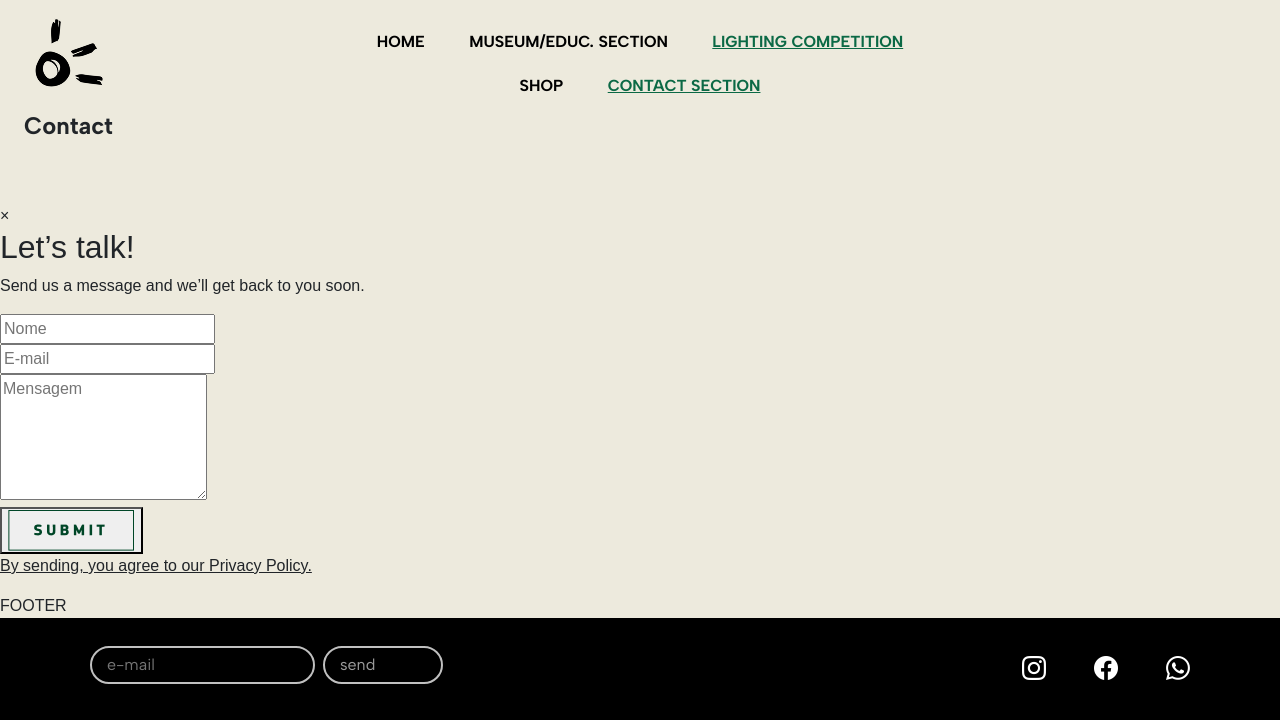
Repository: veronicamdiaz/Landing-Page-Practices
Page: contact-section.html
The author's editor kept a copy of each file at every save. The page is drawn from the files as they stood at one save, then again after the next save.
The browser window is 1280 px wide. The pictures show the whole page.

Above is the page before, as saved 2025-06-02 16:58:48.
Console error: TypeError: Cannot read properties of null (reading 'addEventListener')

### contact-section.html
<!DOCTYPE html>
<html lang="pt-BR">
<head>
    <meta http-equiv="X-UA-Compatible" content="IE=edge">
    <meta name="viewport" content="width=device-width, initial-scale=1.0">
    <title>Landing Page</title>
    <link rel="stylesheet" href="https://cdn.jsdelivr.net/npm/bootstrap@5.3.3/dist/css/bootstrap.min.css">
    <link rel="preconnect" href="https://fonts.googleapis.com">
    <link rel="preconnect" href="https://fonts.gstatic.com" crossorigin>
    <link href="https://fonts.googleapis.com/css2?family=Pacifico&family=Roboto:wght@400;700&display=swap" rel="stylesheet">
    <link rel="stylesheet" href="https://cdn.jsdelivr.net/npm/bootstrap-icons@1.11.3/font/bootstrap-icons.min.css">
    <link href="https://fonts.googleapis.com/css2?family=Albert+Sans:ital,wght@0,100..900;1,100..900&family=Pacifico&family=Roboto+Slab:wght@100..900&family=Roboto:ital,wght@0,100;0,300;0,400;0,500;0,700;0,900;1,100;1,300;1,400;1,500;1,700;1,900&display=swap" rel="stylesheet">
    <link rel="stylesheet" href="main.css">
</head>

<body>
<header id="home-page">
    <div class="site-logo">
        <a href="index.html">
            <img src="images/logo-site.png" alt="Lightning Design Lab Logo" class="logo-img">
        </a>
    </div>

    <div class="menu" data-bs-target="#cabecalho" da
    ta-bs-smooth-scroll="true">
        <nav id="cabecalho" class="mb-2 px-4">
            <a href="index.html" class="nav-link" data-bs-toggle="tab" data-bs-target="#home-page">HOME</a>
            <a href="museum-educational-section.html" class="nav-link" data-bs-toggle="tab" data-bs-target="#museum-educational-section">MUSEUM/EDUC. SECTION</a>
            <a href="competition-section.html" class="nav-link-active" data-bs-toggle="tab" data-bs-target="#competition-section">LIGHTING COMPETITION</a>
            <a href="shop-section.html" class="nav-link" data-bs-toggle="tab" data-bs-target="#shop-section">SHOP</a>
            <a href="contact-section.html" class="nav-link" data-bs-toggle="tab" data-bs-target="#contact-section">CONTACT SECTION</a>
        </nav>
    </div>
</header>

    <main>
        <section id="interaction-section" class="mt-5">
            <h2 class="section-title p-4">Contact</h2>
        </section>
    </main>

<div id="contactSectionModal" class="contact-modal">
  <div class="contact-modal-items">
    <span class="contact-close-button" id="closeContactButton">&times;</span>
    <h2>Let’s talk!</h2>
    <p>Send us a message and we’ll get back to you soon.</p>

    <!-- Campo Nome -->
    <div class="contact-input-container">
      <input type="text" placeholder="Nome" class="contact-input" required />
    </div>

    <!-- Campo E-mail -->
    <div class="contact-input-container">
      <input type="email" placeholder="E-mail" class="contact-input" required />
    </div>

    <!-- Campo Mensagem -->
    <div class="contact-input-container">
      <textarea placeholder="Mensagem" class="contact-input" rows="5" required></textarea>
    </div>

    <!-- Botão Enviar -->
    <div class="contact-button-container">
      <button class="contact-submit-button" id="submitContactButton">
        <img src="images/submit_button.png" alt="submit-btn" />
      </button>
    </div>

    <div class="contact-cookie-policy">
      <p><u>By sending, you agree to our Privacy Policy.</u></p>
    </div>
  </div>
</div>


   FOOTER
    <footer class="bg-black py-2">
        <div class="container d-flex justify-content-between align-items-center flex-column flex-md-row">
            <div class="d-flex gap-2 align-items-center mb-2">
                <input type="email" class="btn btn-secondary" placeholder="e-mail" required
                    style="border: 2px solid rgb(192, 192, 192); border-radius: 20px; background-color: black; padding: 5px 15px; min-width: 120px; text-align: left; color: rgb(155, 155, 155);">
                <button type="submit" class="btn btn-secondary"
                    style="border: 2px solid rgb(192, 192, 192); border-radius: 20px; background-color: black; padding: 5px 15px; min-width: 120px; text-align: left; color: rgb(155, 155, 155);">
                    send
                </button>
            </div>
            <div class="d-flex gap-5 align-items-center">
                <a href="https://www.instagram.com" target="_blank" class="text-white">
                    <i class="bi bi-instagram" style="font-size: 1.5rem;"></i>
                </a>
                <a href="https://www.facebook.com" target="_blank" class="text-white">
                    <i class="bi bi-facebook" style="font-size: 1.5rem;"></i>
                </a>
                <a href="https://wa.me/" target="_blank" class="text-white">
                    <i class="bi bi-whatsapp" style="font-size: 1.5rem;"></i>
                </a>
            </div>
        </div>
    </footer>


    <script src="script.js"></script>

    <script>
        document.addEventListener("DOMContentLoaded", function () {
            const navLinks = document.querySelectorAll(".nav-link");

            // Ativa o link clicado e armazena no localStorage
            navLinks.forEach(link => {
                link.addEventListener("click", function (e) {
                    // Armazena qual link foi clicado no localStorage
                    localStorage.setItem('activeLink', e.target.getAttribute('href'));
                    // Adiciona a classe de ativo
                    navLinks.forEach(l => l.classList.remove("nav-link-active"));
                    e.target.classList.add("nav-link-active");
                });
            });

            // Verifica se há um link ativo armazenado no localStorage
            const activeLink = localStorage.getItem('activeLink');
            if (activeLink) {
                // Remove a classe 'nav-link-active' de todos os links
                navLinks.forEach(link => link.classList.remove("nav-link-active"));
                // Adiciona a classe 'nav-link-active' ao link armazenado
                document.querySelector(`a[href="${activeLink}"]`)?.classList.add("nav-link-active");
            }
        });
    </script>
</body>
</html>

### main.css
html, body {
    height: 100%;
    margin: 0;
    display: flex;
    flex-direction: column;
}

body {
    background-color: #EDEADD;
    font-family: sans-serif;
    flex: 1;
}

main {
    z-index: 5;
    flex: 1; /* ocupa todo o espaço entre o header e o footer */
    display: flex;
    flex-direction: column;
    background-color: transparent;
}

header {
    height: auto;
    position: relative;
    display: flex;
    flex-direction: column;
    align-items: center;
    padding-bottom: 40px; /* ou ajuste conforme necessário */

}

.site-logo {
    z-index: 100; /* Aumente se necessário */
    position: fixed;
    top: 10px;
    left: 20px;
}

.interaction-section {
    z-index: 5;
}

.logo-img {
    height: auto;
    display: block;
}

.container {
    padding: 20px;
}

/* #webgl-container {
    display: flex;
    justify-content: center;
    align-items: center;
    width: 100%;
    height: 100%;
    overflow: hidden;
    background-color: #f5f5f5;
} */

#home-page {
    width: 100%;
    justify-content: center;
    align-items: center;
}



/* .square {
    width: 200px;
    height: 200px;
    background-color: rgb(255, 255, 255);
    position: relative;
} */

.square::before,
.square::after {
    content: "";
    position: absolute;
    width: 100%;
    height: 1px;
}

/* .square::before {
    top: 50%;
    transform: translateY(-50%);
    transform-origin: left;
    transform: rotate(45deg);
}

.square::after {
    left: 50%;
    transform: translateX(-50%);
    transform-origin: top;
    transform: rotate(-45deg);
}
*/
nav {
    font-family: 'Albert Sans';
    font-weight: bold;
    left: 50%;
    top: 10px; /* Mantém um pequeno espaçamento do topo */
    transform: translateX(-50%);
    gap: 20px;
    display: inline-block;
    font-size: 16px;
    align-items: center;
    justify-content: center;
    z-index: 10;
    padding: 10px 20px;
    height: auto;
}


nav a {
    text-decoration: none;
    font-weight: bold;
    background-color: none;
    height: auto !important;
}

.nav-link {
    color: black; /* Cor padrão */
    transition: color 0.3s ease;
}

.nav-link-active {
    color: #0b6945 !important; /* Cor do botão ativo */
    font-weight: bold;
    text-decoration: underline;
}


#cabecalho {
    position: fixed;
    text-align: center; /* Centraliza os links */
    height: auto;
    gap: 20px;
    z-index: 10px;
}

#cabecalho a {
    display: inline-block;
    padding: 10px 20px; /* Para não ficarem colados */
    height: auto;
}

.card {
    display: flex;
    align-items: center;
    padding: 40px;
    width: 100%;
    height: 100%;
    max-width: 1200px;
    margin: 0 auto;
    border-radius: 12px;
    border: 1px solid black;
}

.row {
    flex-wrap: wrap; /* Para quebrar corretamente em telas pequenas */
    justify-content: space-between; /* Garante espaçamento uniforme */
}

.card img {
    background-color: none;
    width: 100%;
    height: 100%;
    object-fit: cover;
}

.card h3 {
    font-size: 14px;
    font-family: 'Albert Sans';
    color: #666;
    font-weight: bold;
}
.card p {
    margin-top: 10px;
    font-size: 12px;
    color: #666;
    font-family: 'Albert Sans';
}

.card.reverse {
    flex-direction: column-reverse;
}

.section-title {
    font-family: 'Albert Sans';
    font-weight: bold;
    font-size: 1.5em;
}

#nova-secao {
    font-family: 'Albert Sans';
}

.text-white {
    font-family: 'Albert Sans';
    font-size: .3em;
    font-weight: bold;
    color: white;
}


.btn-seemore {
    text-transform: uppercase;
    text-decoration: underline;
    background: none;
    border: none;
    color: white;
    font-size: 1rem;
    cursor: pointer;
}

.card-label {
    font-family: 'Albert Sans', sans-serif;
    font-size: 0.9rem;
    color: #999;
    letter-spacing: 1px;
    margin-bottom: 2px; /* Diminuir aqui! */
}


.custom-card img {
    width: 40%;
    max-width: 300px;
    object-fit: cover;
}

.custom-card .card-content {
    width: 60%;
    padding: 20px;
}

.custom-card h3 {
    font-weight: bold;
    margin-bottom: 8px;
    font-size: 18px;
}

.custom-card.left {
    flex-direction: row;
    border: 1px solid black;
    background-color: transparent;
}

.custom-card.right {
    flex-direction: row-reverse;
    border: 1px solid black;
    background-color: transparent;
}

.custom-card p {
    font-size: 14px;
    line-height: 1.6;
}

.card-label {
    font-size: 14px;
    line-height: 1.6;
    font-family: 'Albert Sans';
}


footer {
    padding: 2px 0; /* Reduzindo a altura do footer */
    font-size: 0.8rem; /* Diminuindo tamanho do texto */
    font-family: 'Albert Sans', sans-serif;
}

.icon {
    max-width: 30px; /* Ajuste o tamanho máximo conforme necessário */
    max-height: 30px; /* Ajuste o tamanho máximo conforme necessário */
    width: auto; /* Mantém a proporção */
    height: auto; /* Mantém a proporção */
    object-fit: contain; /* Garante que a imagem se ajuste ao espaço sem distorção */
    margin-bottom: 10px;
}


#competition-section .container {
    width: 100vw;
    overflow: hidden;
}

#img-interativa {
    width: 100%;
    object-fit: cover;
    display: block;
}

.title-container .section-title {
    flex: 1;
    margin: 0;
}

/* “spacer” vazio só para manter o flex funcionando igual */
.title-container .spacer {
  width: 60px; /* ou o tamanho que você precisar para “fechar” o espaço */
}


@media (max-width: 768px) {
    .site-logo {
        top: 5px;
        left: 10px;
        position: fixed;
    }

    .logo-img {
        width: 40px;
    }

    nav {
        position: fixed;
        font-family: 'Albert Sans';
        font-weight: bold;
        gap: 20px;
        font-size: 10px;
        justify-content: center;
        text-align: right;
        display: flex;
        z-index: 1;
        padding: 4px 12px;
    }

    .home-image {
        width: 100%;
        height: auto;
        content: (url(images/fundositemenor_prancheta.png));
        }

    #home-page {
        justify-content: center;
        align-items: center;
    }

    .img-responsiva {
        height: auto;
    }

    .nav-links {
        flex-direction: column;
        gap: 15px;
        text-align: center;
    }

    .navbar-toggler {
        display: block; /* Mostra o botão hambúrguer */
        background: none;
        border: none;
        cursor: pointer;
    }

    .navbar-toggler i {
        color: black;
    }


    .card {
        text-align: center;
        flex-direction: column;
    }

    .card img {
        width: 70%;
    }

    .card .card-content {
        width: 70%;
    }

    .custom-card {
        flex-direction: column !important;
        text-align: center;
    }

    .custom-card img {
        width: 70%;
    }

    .custom-card .card-content {
        width: 70%;
    }


    footer .container {
        flex-direction: column;
        text-align: center;
    }

    footer form {
        flex-direction: column;
        width: 70%;
        align-items: center;
    }

    footer form input,
    footer form button {
        width: 90%; /* Mantém a aparência proporcional */
    }

    footer .d-flex.gap-5 {
        gap: 20px; /* Ajusta o espaçamento dos ícones */
        justify-content: center;
        margin-top: 10px;
    }
}

### script.js
document.addEventListener('DOMContentLoaded', function () {
  // Código para a troca de imagem
  const imagem = document.getElementById('img-interativa');
  let estado = 'inicial';

  console.log('Imagem carregada:', imagem);

  imagem.addEventListener('click', function () {
    console.log('Imagem clicada. Estado atual:', estado);

    if (estado === 'inicial') {
      imagem.src = './images/lights drawings2-05-05-05.jpg';
      estado = 'alterada';
    } else {
      imagem.src = './images/lights drawings2-09-09-09.jpg';
      estado = 'inicial';
    }

    console.log('Novo estado:', estado);
  });
});

function updateImage() {
  let homeImage = document.querySelector('.home-image');
  if (window.innerWidth <= 768) {
      homeImage.src = "images/fundositemenor_prancheta.png"; // Imagem menor
  } else {
      homeImage.src = "images/fundosite.png"; // Imagem padrão
  }
}

document.addEventListener("DOMContentLoaded", function () {
  const navLinks = document.querySelectorAll(".nav-link");
  const currentURL = window.location.pathname.split("/").pop(); // Pega só o nome do arquivo, ex: 'shop-section.html'

  navLinks.forEach(link => {
    const linkHref = link.getAttribute("href");

    // Verifica se o link aponta para a mesma página
    if (
      linkHref === currentURL ||                     // Exato match
      (linkHref === "index.html" && currentURL === "") || // Caso especial para index
      (linkHref !== "#" && currentURL.includes(linkHref)) // Links internos com hash (#)
    ) {
      link.classList.add("nav-link-active");
    } else {
      link.classList.remove("nav-link-active");
    }
  });
});


// Verifica quando a página carrega
window.onload = updateImage;

// Verifica quando a tela redimensiona
window.onresize = updateImage;

// <-- Fechando corretamente a função de 'DOMContentLoaded'


  /*
  // Inicialização do modelo 3D
  let mouseX = 0, mouseY = 0;
  const container = document.getElementById('webgl-container');
  const renderer = new THREE.WebGLRenderer({ antialias: true });
  renderer.setSize(window.innerWidth, window.innerHeight);
  container.appendChild(renderer.domElement);  // Adiciona o renderizador dentro de #webgl-container

  const scene = new THREE.Scene();

  // Criar um cubo maior
  const geometry = new THREE.BoxGeometry(2, 2, 2); // Aumentei o tamanho do cubo (2x2x2)
  const material = new THREE.MeshStandardMaterial({ color: 0x00ff00, roughness: 0.5, metalness: 0.7 });
  const cube = new THREE.Mesh(geometry, material);
  scene.add(cube);
  scene.background = new THREE.Color(0xF5F5F5);  // Cor de fundo #F5F5F5

   // Definir a posição do cubo para ficar mais para cima
   cube.position.y = 1; // Aqui é onde ajustamos a posição vertical do cubo

   // Melhorar a qualidade aumentando a resolução
  renderer.setPixelRatio(window.devicePixelRatio); // Usa a resolução nativa do dispositivo

  // Câmera
  const camera = new THREE.PerspectiveCamera(75, window.innerWidth / window.innerHeight, 0.1, 1000);
  camera.position.z = 5;  // Posicionando a câmera para visualizar o cubo maior

  // Adicionar luz ambiente
  const light = new THREE.AmbientLight(0x404040); // luz suave
  scene.add(light);

  // Adicionar luz direcional
  const directionalLight = new THREE.DirectionalLight(0xffffff, 1);
  directionalLight.position.set(5, 5, 5).normalize();
  scene.add(directionalLight);

  // Função de animação
  function animate() {
    requestAnimationFrame(animate);

    // A rotação do cubo será controlada pela posição do mouse
    cube.rotation.x = mouseY * Math.PI; // Multiplica a posição Y do mouse por pi
    cube.rotation.y = mouseX * Math.PI; // Multiplica a posição X do mouse por pi

    renderer.render(scene, camera);
  }

  animate();

  // Função para ajustar o tamanho do renderizador e atualizar a câmera
function onWindowResize() {
  const width = window.innerWidth;
  const height = window.innerHeight;

  // Atualiza as proporções da câmera
  camera.aspect = width / height;
  camera.updateProjectionMatrix();

  // Ajusta o tamanho do renderizador
  renderer.setSize(width, height);
}

// Adiciona um event listener para chamar a função sempre que a janela for redimensionada
window.addEventListener('resize', onWindowResize, false);

// Chama a função uma vez para configurar inicialmente
onWindowResize();

  // Redimensionar o renderizador quando a janela for redimensionada
  window.addEventListener('resize', () => {
    renderer.setSize(window.innerWidth, window.innerHeight);
    camera.aspect = window.innerWidth / window.innerHeight;
    camera.updateProjectionMatrix();
  });

  // Captura o movimento do mouse
  function onMouseMove(event) {
    // Normaliza a posição do mouse (de -1 a 1 para cada eixo)
    mouseX = (event.clientX / window.innerWidth) * 2 - 1;
    mouseY = -(event.clientY / window.innerHeight) * 2 + 1;
  }

  // Adiciona o ouvinte para o movimento do mouse
  window.addEventListener('mousemove', onMouseMove, false);
});

*/

After the next save:
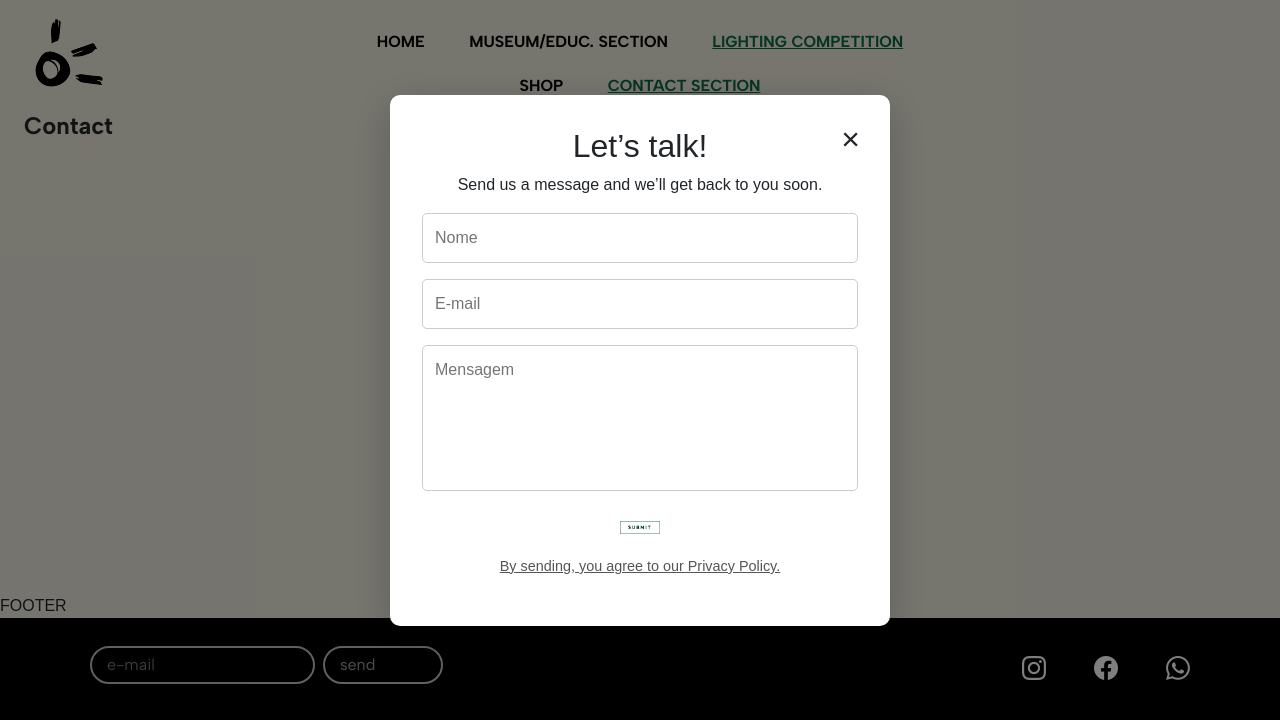
Saved 30 s later.
--- a/main.css
+++ b/main.css
@@ -302,6 +302,67 @@
   width: 60px; /* ou o tamanho que você precisar para “fechar” o espaço */
 }
 
+/*contact section style */
+.contact-modal {
+  position: fixed;
+  top: 0;
+  left: 0;
+  width: 100vw;
+  height: 100vh;
+  display: flex;
+  justify-content: center;
+  align-items: center;
+  background-color: rgba(0, 0, 0, 0.5); /* fundo escurecido */
+  z-index: 998;
+}
+
+.contact-modal-items {
+  background-color: #fff;
+  padding: 2rem;
+  border-radius: 10px;
+  width: 90%;
+  max-width: 500px;
+  box-shadow: 0 10px 40px rgba(0, 0, 0, 0.2);
+  text-align: center;
+  position: relative;
+}
+
+.contact-close-button {
+  position: absolute;
+  top: 20px;
+  right: 30px;
+  font-size: 2rem;
+  cursor: pointer;
+}
+
+.contact-input-container .contact-input {
+  width: 100%;
+  padding: 0.75rem;
+  margin-bottom: 1rem;
+  border: 1px solid #ccc;
+  border-radius: 5px;
+  font-family: inherit;
+  resize: none;
+}
+
+.contact-submit-button {
+  background: none;
+  border: none;
+  cursor: pointer;
+}
+
+.contact-submit-button img {
+  width: 40px;
+  height: auto;
+}
+
+.contact-cookie-policy p {
+  font-size: 0.9rem;
+  margin-top: 1rem;
+  color: #555;
+}
+
+
 
 @media (max-width: 768px) {
     .site-logo {
